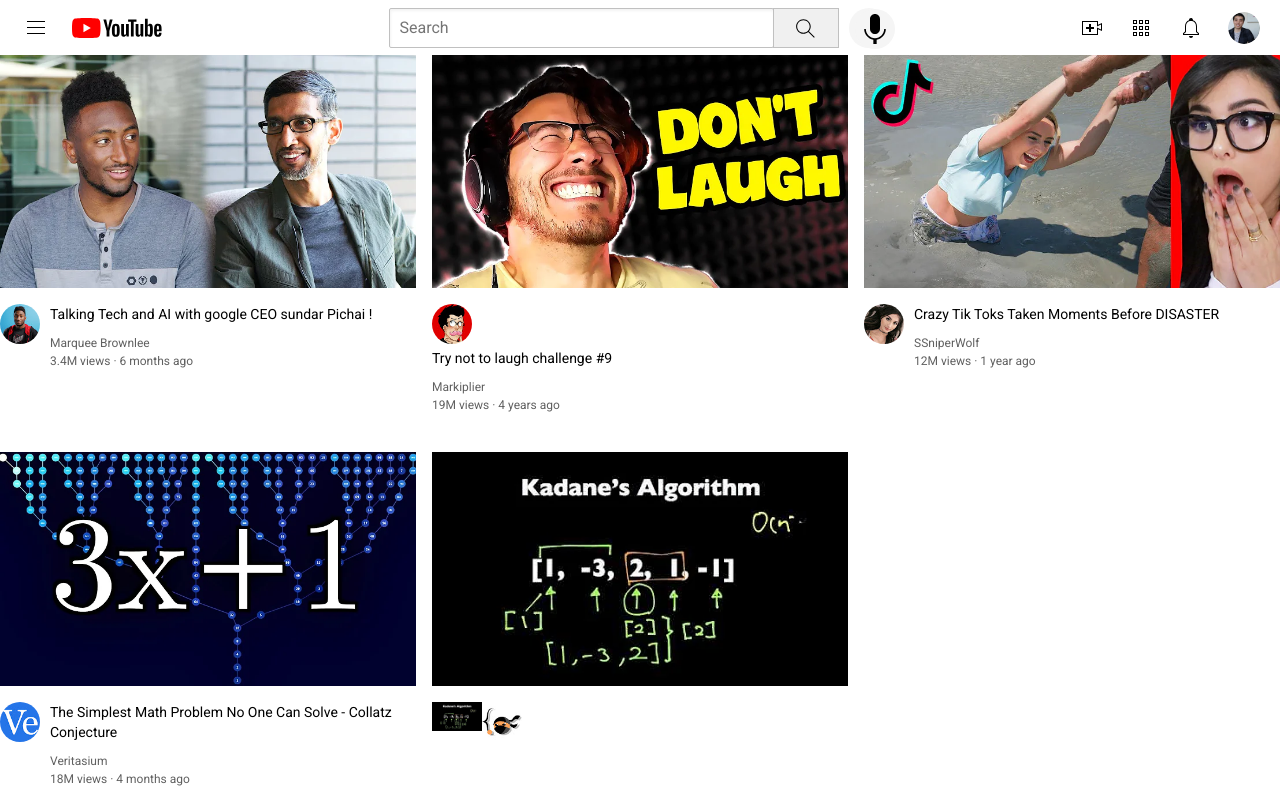
Repository: knowledgeAlan/html-css-thirteen
Page: youtube.html
An editor plug-in stored every save of this project. The page is shown before and after the next save, followed by the edit.
The browser window is 1280 px wide. The pictures show the whole page.

Above is the page before, as saved 2024-03-19 17:50:09.

After the next save:
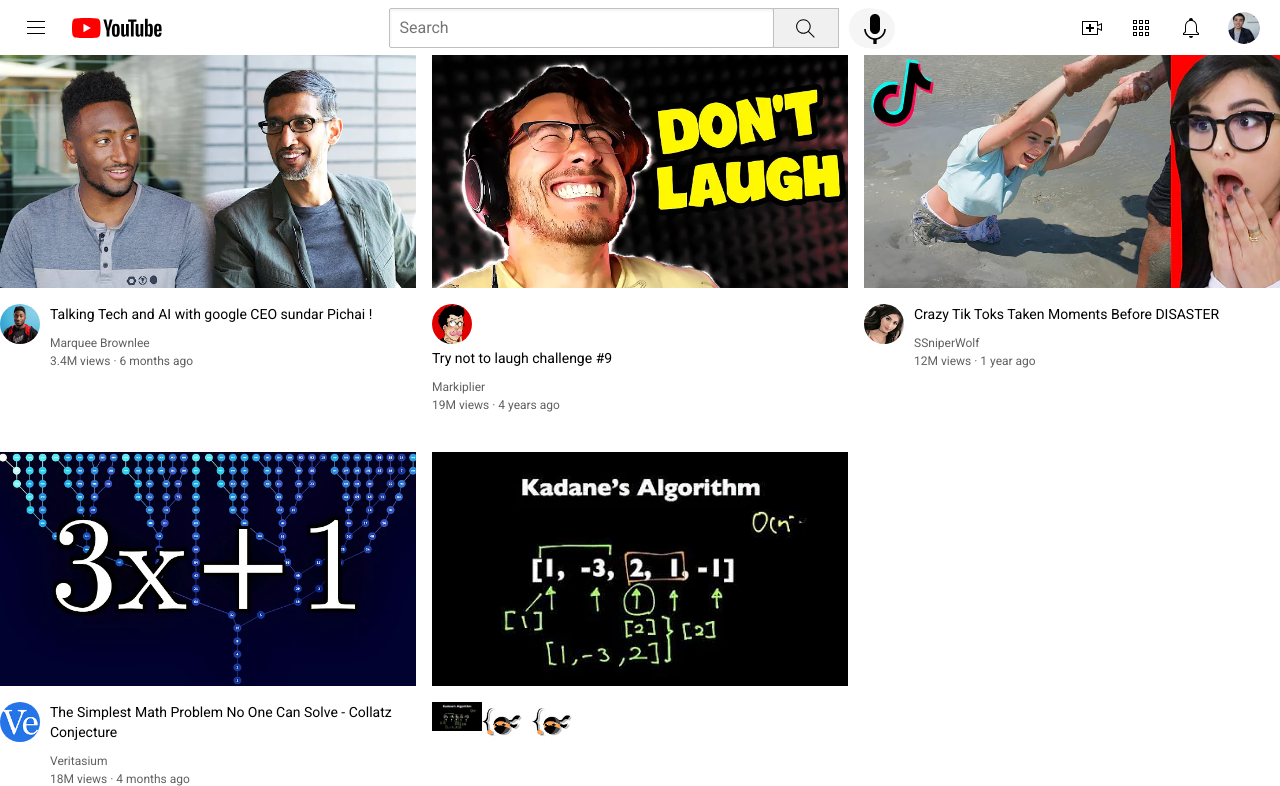
Saved 74 s later.
--- a/youtube.html
+++ b/youtube.html
@@ -178,7 +178,12 @@
                             <img class="profile-picture" src="channel-pictures/channel-5.jpeg">
                         </div>
 
+                        <div class="video-info">
+                            <div class="channel-picture">
+                                <img class="profile-picture" src="channel-pictures/channel-5.jpeg">
+                            </div>
 
+                        </div>
                     </div>
                 </div>
             </di>
